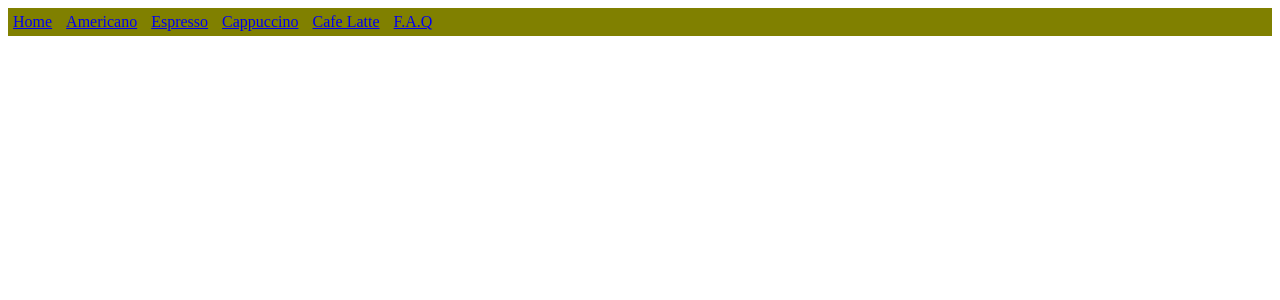
Repository: codelily98/Web
Page: CSS3/src/main/webapp/06_cssDecorate/exam01.html
These files come from the project's save history. The page is drawn as it stood at one moment and after a run of saves; the edit follows.
The browser window is 1280 px wide. The pictures show the whole page.

Above is the page before, as saved 2024-08-13 06:28:33.

### CSS3/src/main/webapp/06_cssDecorate/exam01.html
<!DOCTYPE html>
<html>
<head>
<meta charset="UTF-8">
<title>Insert title here</title>
<style type="text/css">
#menubar {
	background: olive;
}
#menubar ul {
	margin: 0;
	padding: 0;
	width: 570px;
}
#menubar ul li {
	display: inline-block;
	list-style: none;
	padding: 5px;
}
</style>
</head>
<body>
	<div id="menubar">
		<ul>
			<li><a href="#">Home</a></li>
			<li><a href="#">Americano</a></li>
			<li><a href="#">Espresso</a></li>
			<li><a href="#">Cappuccino</a></li>
			<li><a href="#">Cafe Latte</a></li>
			<li><a href="#">F.A.Q</a></li>
		</ul>
	</div>
</body>
</html>

After the next 2 saves:
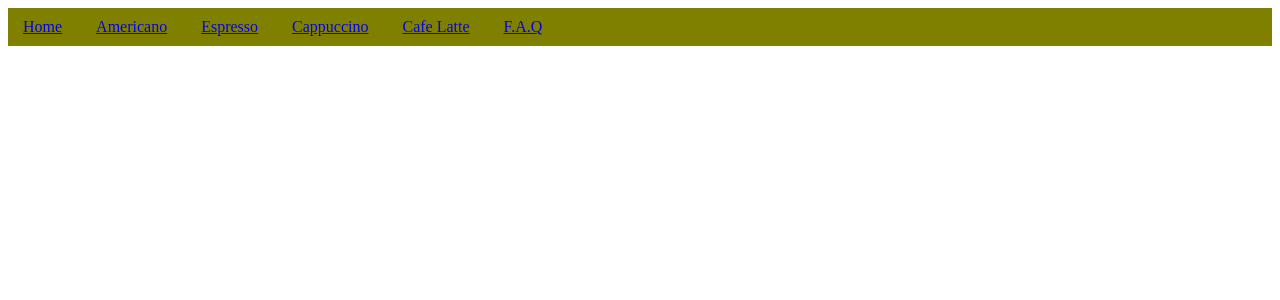
The 2 saves are shown as one change because they came seconds apart.
The last was saved 9 s later.
--- a/CSS3/src/main/webapp/06_cssDecorate/exam01.html
+++ b/CSS3/src/main/webapp/06_cssDecorate/exam01.html
@@ -15,7 +15,7 @@
 #menubar ul li {
 	display: inline-block;
 	list-style: none;
-	padding: 5px;
+	padding: 10px 15px;
 }
 </style>
 </head>
